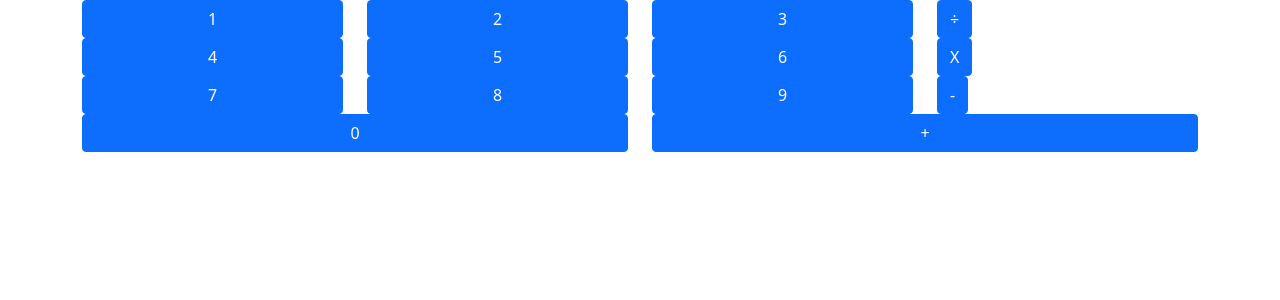
Repository: jsakdalan/CalculatorReactTypescript
Page: /
The author's editor kept a copy of each file at every save. The page is drawn from the files as they stood at one save, then again after the next save.
The browser window is 1280 px wide. The pictures show the whole page.
The project was rebuilt for these pictures with package versions that can differ from the ones it lists, and the page was loaded fresh each time. Also part of the build but not shown: src/App.css.

Above is the page before, as saved 2022-06-07 15:48:38.

After the next save:
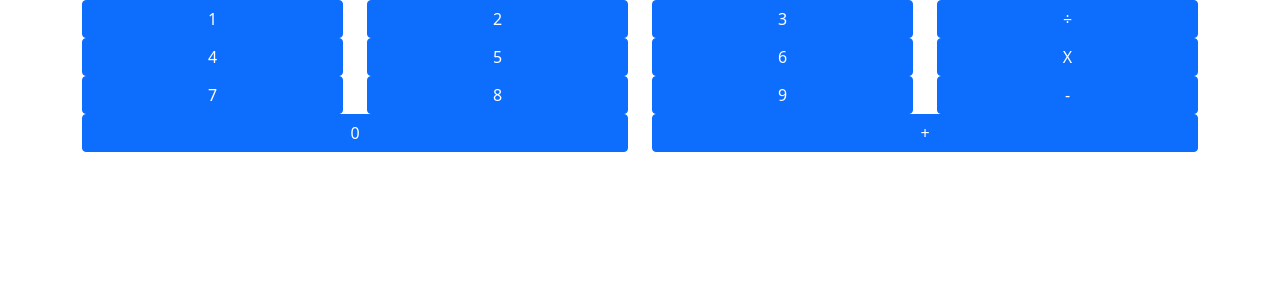
Saved 27 s later.
--- a/src/pages/Calculator.css
+++ b/src/pages/Calculator.css
@@ -1,3 +1,7 @@
 .numerical{
     width: 100%;
 }
+
+.operational{
+    width: 100%;
+}
